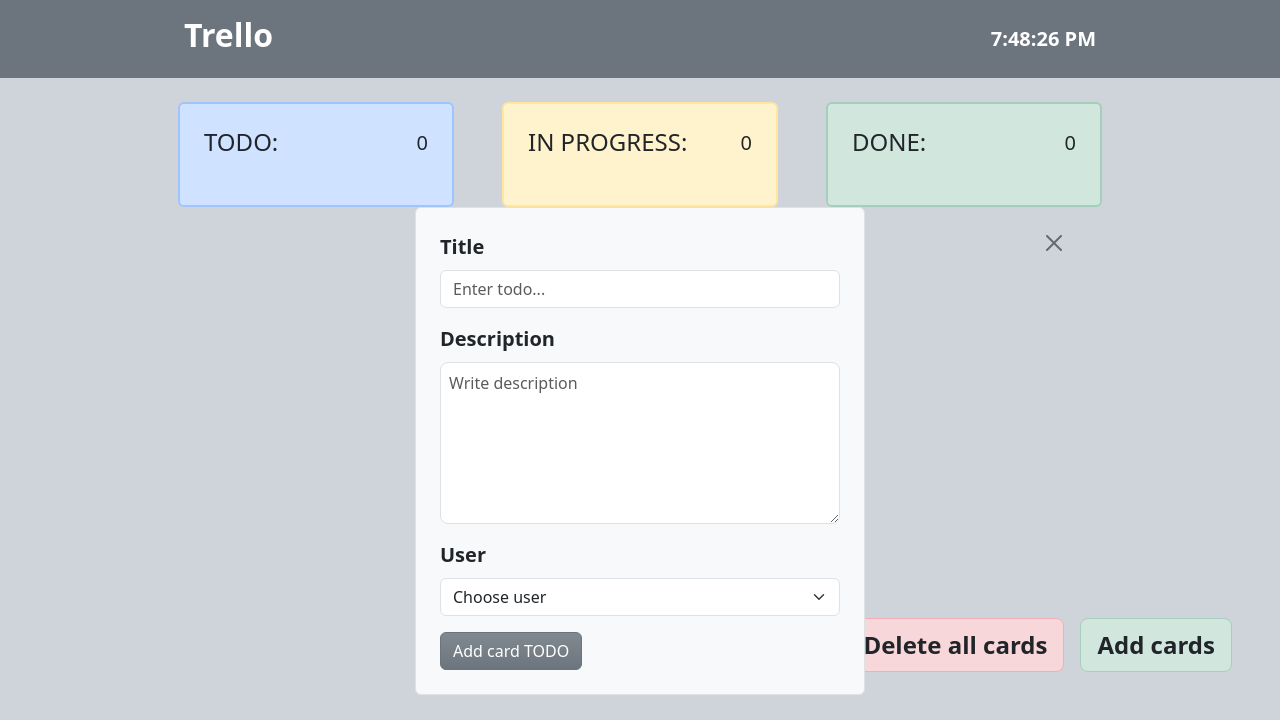
Repository: Valeria154/trello-app-clone
Page: / (app in trello-app-project/)
An editor plug-in stored every save of this project. The page is shown before and after the next save, followed by the edit.
The browser window is 1280 px wide. The pictures show the whole page.
Empty fields were first filled with sample values (such as "Sample", 5 or name@example.com).
After loading, the first visible `#addCardBtn` was clicked once.
The project was rebuilt for these pictures with package versions that can differ from the ones it lists, and the page was loaded fresh each time. Also part of the build but not shown: trello-app-project/vite.config.js.

Above is the page before, as saved 2025-03-15 20:51:59.

### trello-app-project/src/index.html
<!doctype html>
<html lang="en">

<head>
	<meta charset="UTF-8" />
	<meta name="viewport" content="width=device-width, initial-scale=1.0" />
	<title>Trello</title>
	<script type="module" src="./main.js"></script>
</head>

<body class="bg-dark-subtle">
	<header class="bg-secondary p-3">
		<div class="container d-flex justify-content-between align-items-center mx-autox w-75">
			<h1 class="fs-2 fw-bold text-white">Trello</h1>
			<div class="fs-5 fw-semibold text-white" id="clock"></div>
		</div>
	</header>
	<main class="p-4">
		<div class="container text-center w-75">
			<div class="row align-items-start mb-6 gap-5">
				<!-- TODO -->
				<div class="col border border-primary-subtle border-2 rounded-2 text-dark p-4 bg-primary-subtle">
					<div class="d-flex justify-content-between mb-3">
						<h4>TODO:</h4>
						<div id="todoCount" class="fs-5">0</div>
					</div>
					<div id="todo"></div>
				</div>
				<!-- In progress -->
				<div class="col border border-warning-subtle border-2 rounded-2 text-dark p-4 bg-warning-subtle">
					<div class="d-flex justify-content-between mb-3">
						<h4>IN PROGRESS:</h4>
						<div id="progressCount " class="fs-5">0</div>
					</div>
					<div id="progress"></div>
				</div>
				<!-- Done -->
				<div class="col border border-success-subtle border-2 rounded-2 text-dark p-4 bg-success-subtle">
					<div class="d-flex justify-content-between mb-3">
						<h4>DONE:</h4>
						<div id="doneCount" class="fs-5">0</div>
					</div>
					<div id="done"></div>
				</div>
			</div>
			<div class="d-grid gap-2 d-md-flex justify-content-md-end position-fixed bottom-0 end-0 p-5">
				<button class="btn btn-lg bg-danger-subtle border-danger-subtle me-md-2 fs-4 fw-semibold" type="button"
					id="deleteAllBtn">Delete all
					cards</button>
				<button id="addCardBtn" class="btn btn-lg bg-success-subtle border-success-subtle fs-4 fw-semibold"
					type="button">Add
					cards</button>
			</div>
			<!-- Modal form -->
			<div id="modalFormContainer" class="d-flex justify-content-center align-items-center position-relative"
				style="z-index: 20">
				<div class="position-fixed top-0 start-0 w-100 bg-dark bg-opacity-50">
					<form class="p-4 border rounded bg-light text-start fw-semibold w-50 position-relative">
						<div class="mb-3">
							<label for="titile" class="form-label fs-5">Title</label>
							<input type="text" class="form-control" id="title" placeholder="Enter todo...">
						</div>
						<div class="mb-3">
							<label for="description" class="form-label fs-5">Description</label>
							<textarea class="form-control p-2 rounded-3" id="description" rows="6"
								placeholder="Write description"></textarea>
						</div>
						<div class="mb-3">
							<label for="user" class="form-label fs-5">User </label>
							<select id="user" class="form-select">
								<option selected value="">Choose user</option>
								<option value="Amelia">Amelia</option>
								<option value="Mary">Mary</option>
								<option value="Thomas">Thomas</option>
								<option value="Harry">Harry</option>
								<option value="Susan">Susan</option>
							</select>
						</div>
						<button type="submit" class="btn btn-primary bg-secondary bg-gradient border-secondary">Add card
							TODO</button>
						<button type="button" class="btn-close position-absolute top-0 end-0 me-4 mt-4"
							aria-label="close"></button>
					</form>
				</div>
			</div>
		</div>
	</main>

</body>

</html>

### trello-app-project/src/main.js
import './style.scss'
// import javascriptLogo from './javascript.svg'
// import viteLogo from '/vite.svg'

const clockElement = document.querySelector('#clock')
const addCardElement = document.querySelector('#addCardBtn')
const modalFormElement = document.querySelector('#modalFormContainer')

//функция, которая отражает часы
function showClock() {
	clockElement.textContent = new Date().toLocaleTimeString()
}
setInterval(showClock, 1000)
showClock()


//открытие модального окна после клика
addCardElement.addEventListener('click', handleClickButtonAddCard)

function handleClickButtonAddCard() {
	toggleModal(modalFormElement)
	modalFormElement.innerHTML = buildModalForm()
}

function toggleModal(modal) {
	modal.classList.toggle('show'); // Переключает класс "show", отвечающий за видимость
}
function buildModalForm() {
	return `
				<form class="p-4 border rounded bg-light text-start fw-semibold w-50 p-4">
					<div class="mb-3">
						<label for="title" class="form-label fs-5">Title</label>
						<input type="text" class="form-control" id="title" placeholder="Enter todo...">
					</div>
					<div class="mb-3">
						<label for="description" class="form-label fs-5">Description</label>
						<textarea class="form-control p-2 rounded-3" id="description" rows="6"
							placeholder="Write description"></textarea>
					</div>
					<div class="mb-3">
						<label for="user" class="form-label fs-5">User </label>
						<select id="user" class="form-select">
							<option selected value="">Choose user</option>
							<option value="Amelia">Amelia</option>
							<option value="Mary">Mary</option>
							<option value="Thomas">Thomas</option>
							<option value="Harry">Harry</option>
							<option value="Susan">Susan</option>
						</select>
					</div>
					<button type="submit" class="btn btn-primary bg-secondary bg-gradient border-secondary">Add card TODO</button>
					<button type="button" class="btn-close position-absolute top-0 end-0 me-4 mt-4" aria-label="close"></button>
				</form>
	`

}

Loaded but not shown: trello-app-project/src/style.scss (common file)

After the next save:
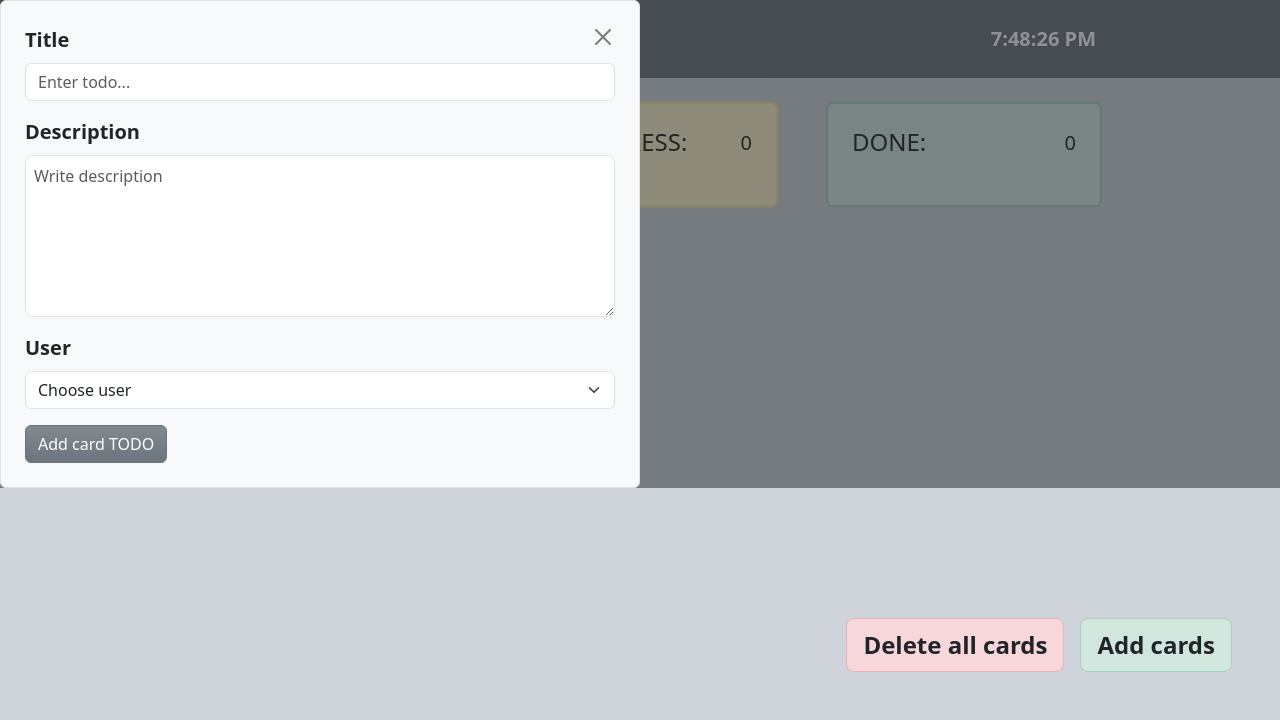
Saved 66 s later.
--- a/trello-app-project/src/main.js
+++ b/trello-app-project/src/main.js
@@ -27,30 +27,34 @@
 }
 function buildModalForm() {
 	return `
-				<form class="p-4 border rounded bg-light text-start fw-semibold w-50 p-4">
-					<div class="mb-3">
-						<label for="title" class="form-label fs-5">Title</label>
-						<input type="text" class="form-control" id="title" placeholder="Enter todo...">
-					</div>
-					<div class="mb-3">
-						<label for="description" class="form-label fs-5">Description</label>
-						<textarea class="form-control p-2 rounded-3" id="description" rows="6"
-							placeholder="Write description"></textarea>
-					</div>
-					<div class="mb-3">
-						<label for="user" class="form-label fs-5">User </label>
-						<select id="user" class="form-select">
-							<option selected value="">Choose user</option>
-							<option value="Amelia">Amelia</option>
-							<option value="Mary">Mary</option>
-							<option value="Thomas">Thomas</option>
-							<option value="Harry">Harry</option>
-							<option value="Susan">Susan</option>
-						</select>
-					</div>
-					<button type="submit" class="btn btn-primary bg-secondary bg-gradient border-secondary">Add card TODO</button>
-					<button type="button" class="btn-close position-absolute top-0 end-0 me-4 mt-4" aria-label="close"></button>
-				</form>
+				<div class="position-fixed top-0 start-0 w-100 bg-dark bg-opacity-50">
+					<form class="p-4 border rounded bg-light text-start fw-semibold w-50 position-relative">
+						<div class="mb-3">
+							<label for="titile" class="form-label fs-5">Title</label>
+							<input type="text" class="form-control" id="title" placeholder="Enter todo...">
+						</div>
+						<div class="mb-3">
+							<label for="description" class="form-label fs-5">Description</label>
+							<textarea class="form-control p-2 rounded-3" id="description" rows="6"
+								placeholder="Write description"></textarea>
+						</div>
+						<div class="mb-3">
+							<label for="user" class="form-label fs-5">User </label>
+							<select id="user" class="form-select">
+								<option selected value="">Choose user</option>
+								<option value="Amelia">Amelia</option>
+								<option value="Mary">Mary</option>
+								<option value="Thomas">Thomas</option>
+								<option value="Harry">Harry</option>
+								<option value="Susan">Susan</option>
+							</select>
+						</div>
+						<button type="submit" class="btn btn-primary bg-secondary bg-gradient border-secondary">Add card
+							TODO</button>
+						<button type="button" class="btn-close position-absolute top-0 end-0 me-4 mt-4"
+							aria-label="close"></button>
+					</form>
+				</div>
 	`
 
 }
